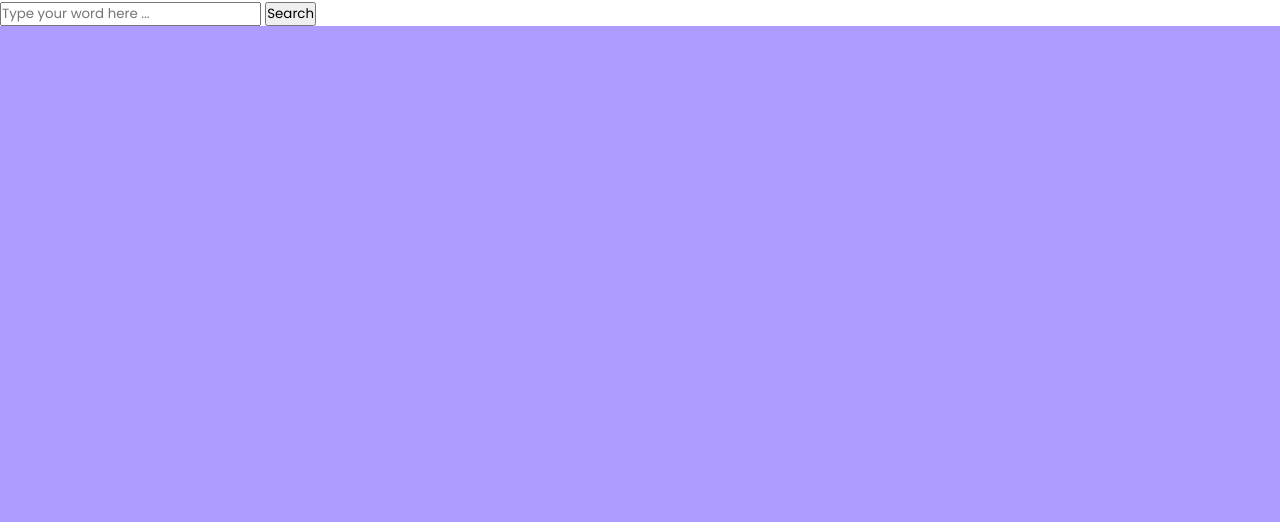
Repository: MohamedMostafaTaha/Translation_app
Page: index.html
An editor plug-in stored every save of this project. The page is shown before and after the next save, followed by the edit.
The browser window is 1280 px wide. The pictures show the whole page.

Above is the page before, as saved 2023-09-16 18:04:10.

After the next save:
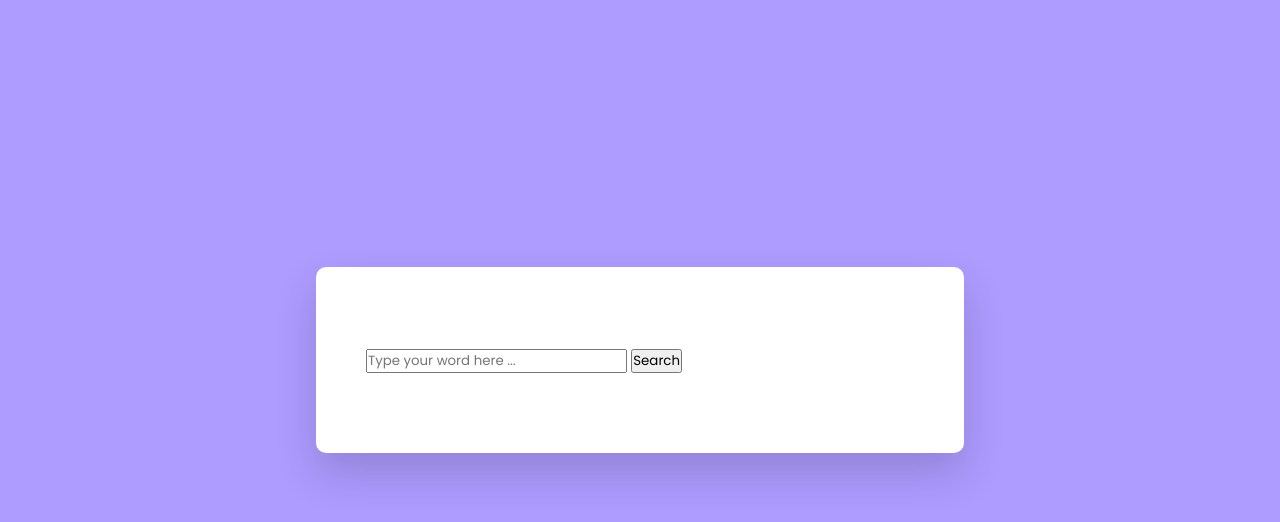
Saved 2 min 5 s later.
--- a/style.css
+++ b/style.css
@@ -14,4 +14,12 @@
 
 .container {
   background-color: #ffffff;
+  width: 90vmin;
+  position: absolute;
+  transform: translate(-50%, -50%);
+  top: 50%;
+  left: 50%;
+  padding: 80px 50px;
+  border-radius: 10px;
+  box-shadow: 0 20px 40px rgba(38, 33, 61, 0.2);
 }
